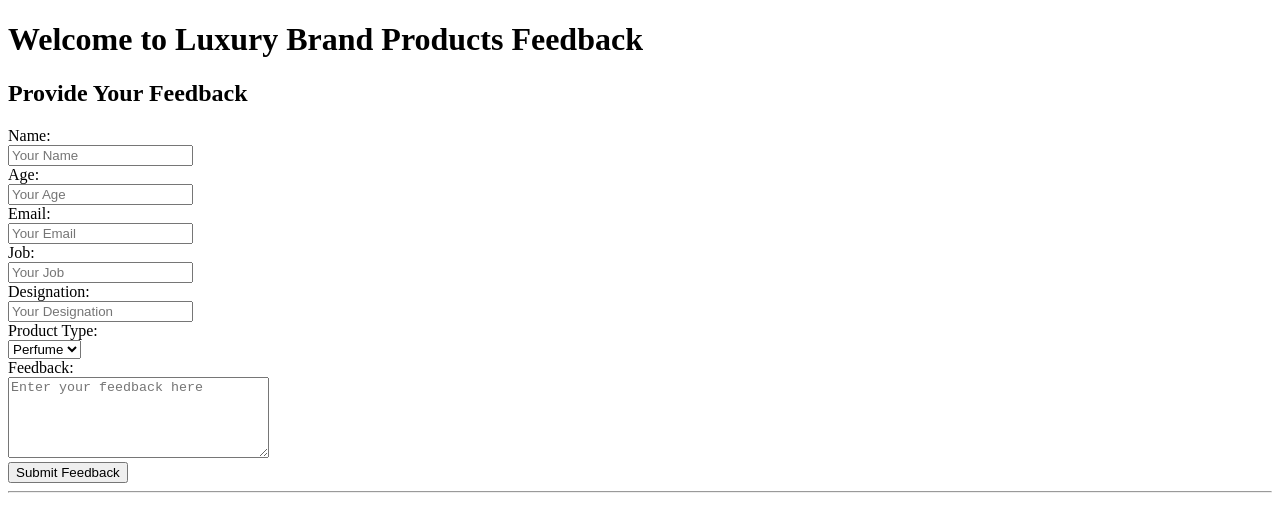
Repository: Huijiacute/JavaScriptEssential
Page: productSurvey/product_survey.html
An editor plug-in stored every save of this project. The page is shown before and after the next save, followed by the edit.
The browser window is 1280 px wide. The pictures show the whole page.

Above is the page before, as saved 2026-03-06 08:59:29.

After the next save:
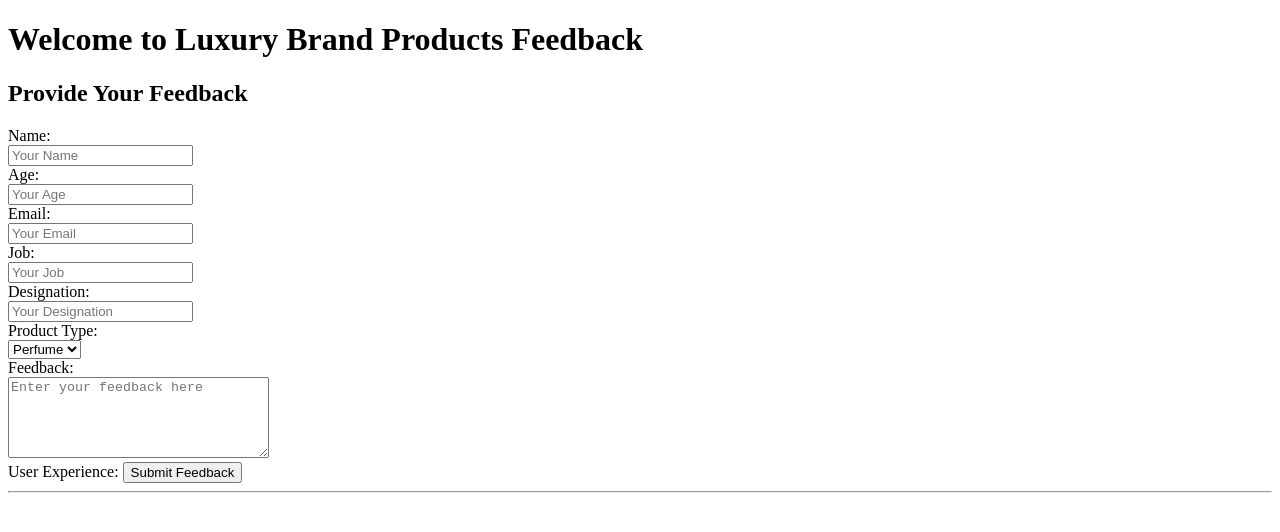
Saved 8 s later.
--- a/productSurvey/product_survey.html
+++ b/productSurvey/product_survey.html
@@ -24,7 +24,7 @@
   </select><br>
   <label for="feedbackText">Feedback:</label><br>
   <textarea id="feedbackText" rows="5" cols="30" placeholder="Enter your feedback here" required></textarea><br>
-  <label for="userExp"></label>
+  <label for="userExp">User Experience: </label>
   <button id="submitBtn">Submit Feedback</button>
 <hr>
 
